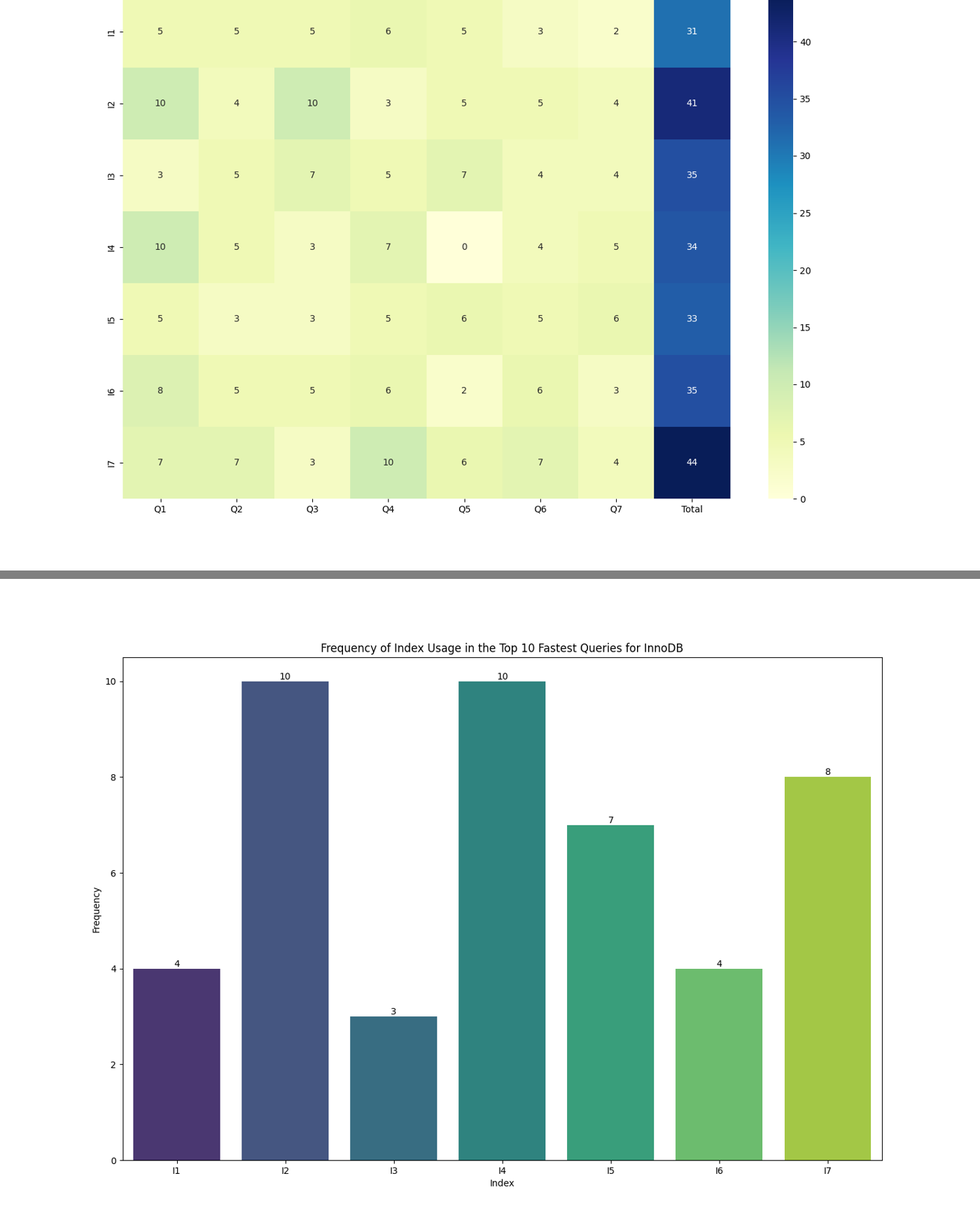
Repository: MarioPasc/Base-de-Datos-Microbiomas
Script's output: python src/mysql_performance_analysis.py
An editor plug-in stored every save of this project. The script's output is shown before and after a run of saves, followed by the edit.
The pictures show rows 5111 to 6871 of an output 6871 px tall, at 70% of full size.
Each picture stacks the figures in order, with grey between them; figures that are only written to a file come last. Figures wider than 1,400 px are first shrunk to that width. Random numbers start from a fixed seed.

Above is the script's output before, as saved 2024-06-08 11:29:28.

After the next 3 saves:
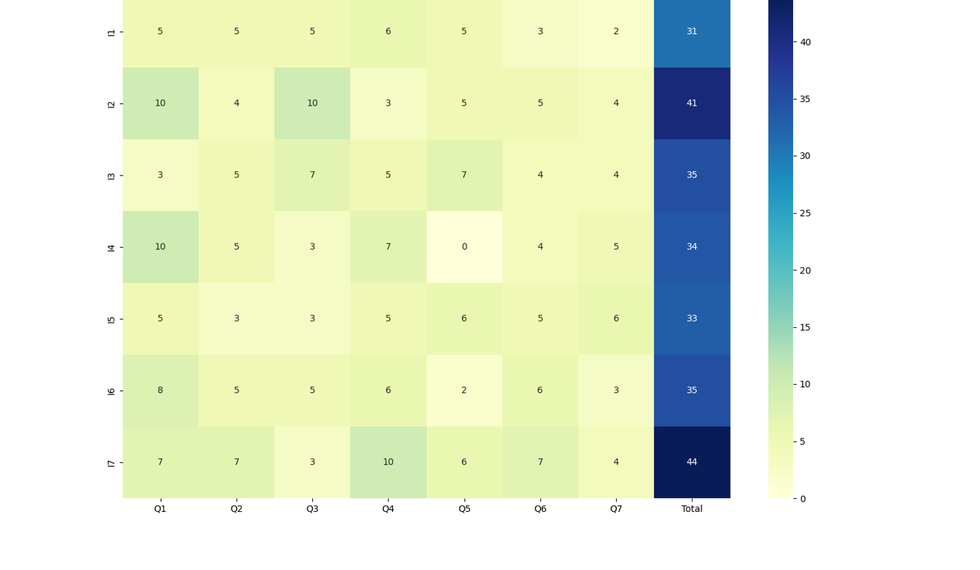
Error: AttributeError: 'CSVVisualizer' object has no attribute 'plot_innodb_index_frequency'
The 3 saves are shown as one change because 2 did not build or start.
The last was saved 14 min 51 s later.
--- a/src/mysql_performance_analysis.py
+++ b/src/mysql_performance_analysis.py
@@ -110,36 +110,41 @@
         plt.savefig(f"{self.figure_path}optimal_indices_heatmap_innodb_top_{n}.png")
         plt.close()
 
-    def plot_innodb_index_frequency(self) -> None:
-        """Generates and saves a bar plot for the frequency of index usage in the top 10 fastest queries for InnoDB."""
-        # Filter the data for InnoDB engine
+    def plot_innodb_optimal_indices_heatmap_and_freq(self, n: int = 10) -> None:
+        """Finds and plots the optimal indices heatmap for InnoDB engine."""
         innodb_data = self.data[self.data['Engine'] == 'InnoDB']
+        optimal_indices = {f'Q{i+1}': [] for i in range(7)}
 
-        # Find the 10 queries with the lowest mean execution time
-        top_10_queries = innodb_data.nsmallest(10, 'MeanQueryTime')
+        for i, query in enumerate(['Q1', 'Q2', 'Q3', 'Q4', 'Q5', 'Q6', 'Q7']):
+            top_n_rows = innodb_data.nsmallest(n, query)
+            for indices in top_n_rows['Indices']:
+                optimal_indices[f'Q{i+1}'].extend(indices.split('+'))
 
-        # Decompose the index combinations into individual indices
-        all_indices = top_10_queries['Indices'].str.split('+').explode()
+        # Create a DataFrame for the heatmap
+        index_set = sorted(set(idx for indices in optimal_indices.values() for idx in indices))
+        heatmap_data = pd.DataFrame(0, index=index_set, columns=['Q1', 'Q2', 'Q3', 'Q4', 'Q5', 'Q6', 'Q7'])
 
-        # Count the frequency of each index
-        index_counts = all_indices.value_counts()
+        for query, indices in optimal_indices.items():
+            for idx in indices:
+                heatmap_data.at[idx, query] += 1
 
-        # Ensure the index order is "I1", "I2", "I3", ..., "I7"
-        index_order = [f'I{i}' for i in range(1, 8)]
-        index_counts = index_counts.reindex(index_order).fillna(0)
+        # Calculate the total frequency for the bar plot
+        total_counts = heatmap_data.sum(axis=1)
 
-        # Plot the frequency of each index
-        plt.figure(figsize=(15, 10))
-        barplot = sns.barplot(x=index_counts.index, y=index_counts.values, palette='viridis')
-        barplot.set_xlabel('Index')
-        barplot.set_ylabel('Frequency')
-        barplot.set_title('Frequency of Index Usage in the Top 10 Fastest Queries for InnoDB')
+        # Plotting
+        fig, axes = plt.subplots(ncols=2, figsize=(20, 10), gridspec_kw={'width_ratios': [4, 1]})
 
-        # Annotate the bars with the frequency values
-        for container in barplot.containers:
-            barplot.bar_label(container)
+        # Heatmap
+        sns.heatmap(heatmap_data, annot=True, cmap='YlGnBu', cbar=False, ax=axes[0])
+        axes[0].set_title(f"Optimal Indices for InnoDB Engine (Top {n} Executions per Query)")
 
-        plt.savefig(f"{self.figure_path}innodb_index_frequency.png")
+        # Bar plot
+        sns.barplot(x=total_counts.values, y=total_counts.index, palette='viridis', ax=axes[1])
+        axes[1].set_xlabel('Total Frequency')
+        axes[1].set_title('Total Frequency of Indices')
+
+        plt.tight_layout()
+        plt.savefig(f"{self.figure_path}optimal_indices_heatmap_innodb_top_{n}.png")
         plt.close()
 
 if __name__ == "__main__":

After the save that followed:
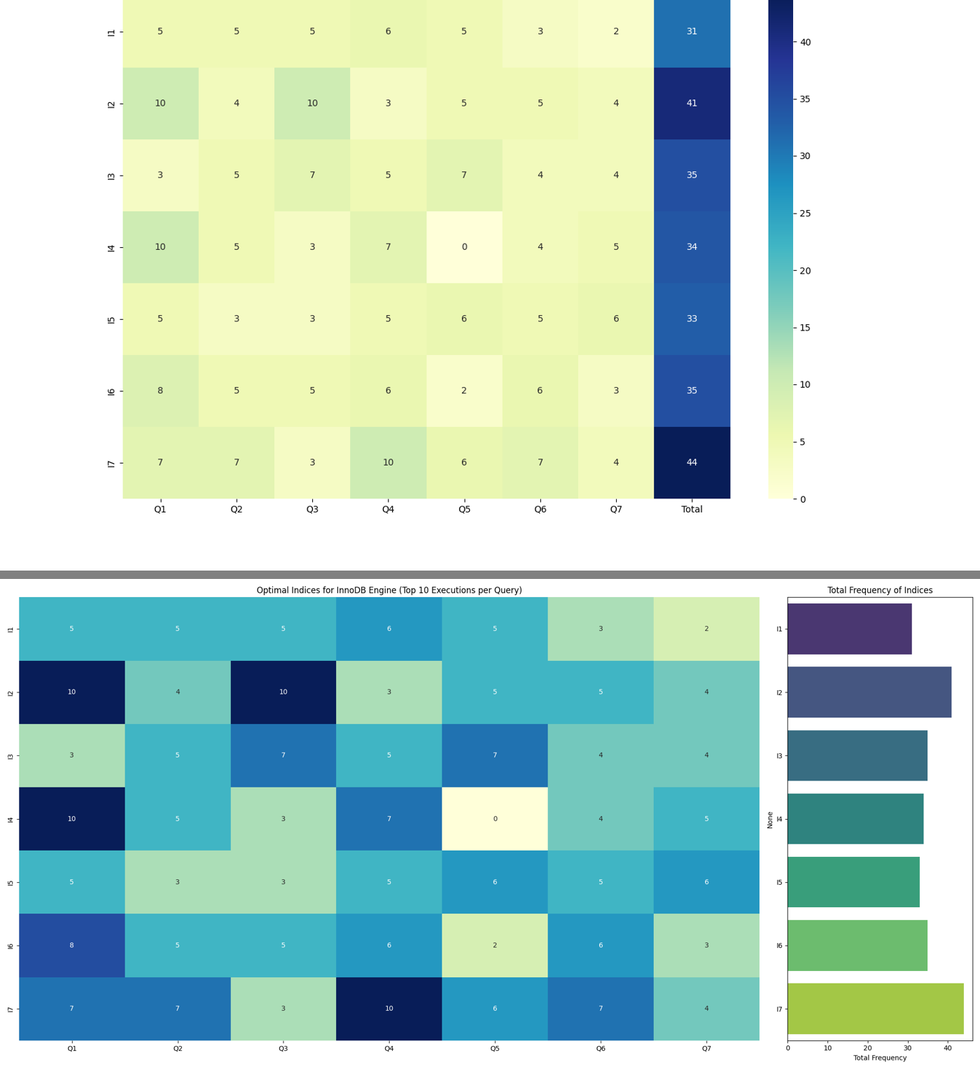
The error is gone.
Saved 8 s later.
--- a/src/mysql_performance_analysis.py
+++ b/src/mysql_performance_analysis.py
@@ -156,5 +156,5 @@
     visualizer.plot_boxplot()
     visualizer.plot_clustered_heatmap_by_engine()
     visualizer.plot_innodb_optimal_indices_heatmap()
-    visualizer.plot_innodb_index_frequency()
+    visualizer.plot_innodb_optimal_indices_heatmap_and_freq()
     print(f"Visualizations saved to {figure_path}")
